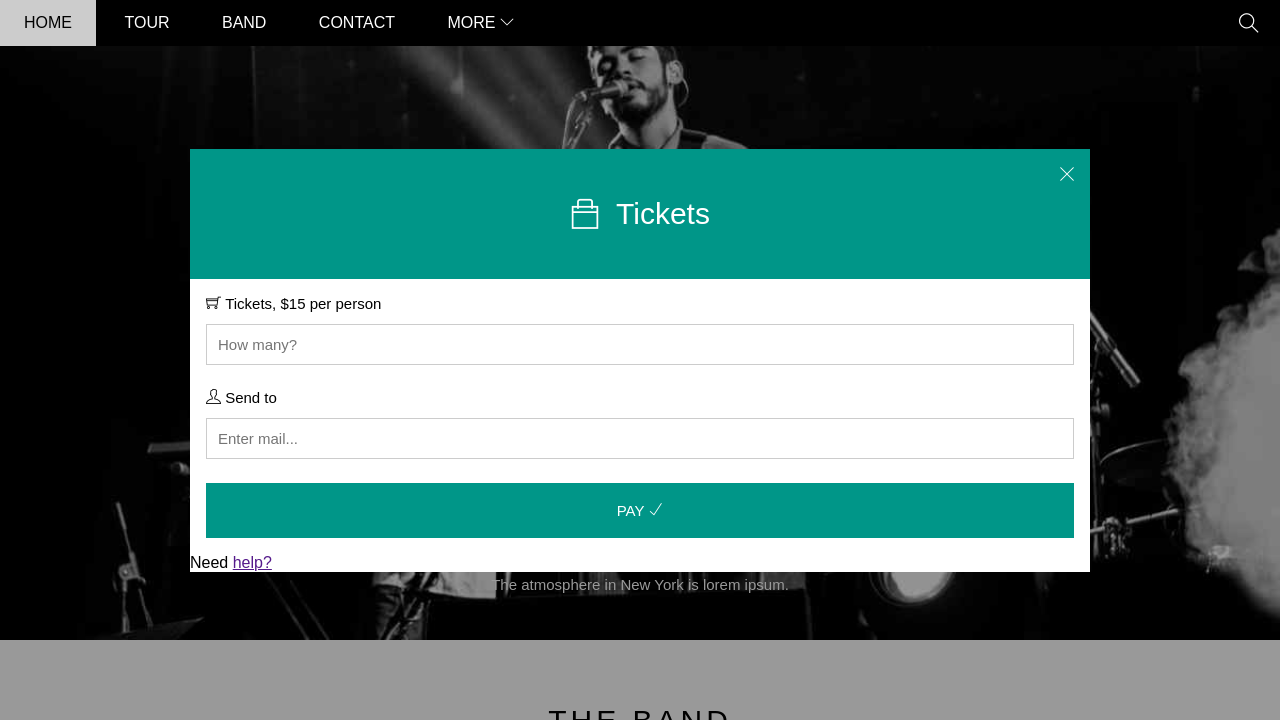
Repository: maivannhan1998/git-w3band
Page: index.html
An editor plug-in stored every save of this project. The page is shown before and after the next save, followed by the edit.
The browser window is 1280 px wide. The pictures show the window.
A layer covers the whole window, so only the first screen is drawn.

Above is the page before, as saved 2021-09-06 20:39:04.

### index.html
<!DOCTYPE html>
<html lang="en">
<head>
    <meta charset="UTF-8">
    <meta http-equiv="X-UA-Compatible" content="IE=edge">
    <meta name="viewport" content="width=device-width, initial-scale=1.0">
    <title>Document</title>
    <link rel="stylesheet" href="./asset/css/style.css">
    <link rel="stylesheet" href="./asset/fontss/themify-icons/themify-icons.css">
</head>
<body>
    <div id="main">
        <div id="header">
            <!-- Begin: nav -->
            <ul id="nav">
                <li><a href="">Home</a></li>
                <li><a href="">Tour</a></li>
                <li><a href="">Band</a></li>
                <li><a href="">Contact</a></li>
                <li><a href="">
                    More
                    <i class="nav-arrow-down ti-angle-down"></i>
                </a>
                    <ul class="subnav">
                        <li><a href="">Merchandise</a></li>
                        <li><a href="">Extras</a></li>
                        <li><a href="">Media</a></li>
                    </ul>
                </li>
            </ul>
            <!-- End: nav -->

            <!-- Begin: Search button -->
            <div class="search-btn">
                <i class="search-icon ti-search"></i>
            </div>
            <!-- End: Search button -->


        </div>

        <div id="slider">
            <div class="text-content">
                <h2 class="text-heading">New York</h2>
                <div class="text-des">The atmosphere in New York is lorem ipsum.</div>
            </div>
        </div>

        <div id="content">
            <!-- About section -->
            <div class="content-section">
                <h2 class="heading-section">THE BAND</h2>
                <p class="heading-sub-section">We love music</p>
                <p class="about-text">We have created a fictional band website. Lorem ipsum dolor sit amet, consectetur adipiscing elit, sed do eiusmod tempor incididunt ut labore et dolore magna aliqua. Ut enim ad minim veniam, quis nostrud exercitation ullamco laboris nisi ut aliquip ex ea commodo consequat. Duis aute irure dolor in reprehenderit in voluptate velit esse cillum dolore eu fugiat nulla pariatur. Excepteur sint occaecat cupidatat non proident, sunt in culpa qui officia deserunt mollit anim id est laborum consectetur adipiscing elit, sed do eiusmod tempor incididunt ut labore et dolore magna aliqua. Ut enim ad minim veniam, quis nostrud exercitation ullamco laboris nisi ut aliquip ex ea commodo consequat.</p>
                <div class="row members-list">
                    <div class="col col-third text-center">
                         <p class="member-name">Name</p>
                         <img src="/asset/img/band/member1.jpg" alt="Name" class="member-img">
                    </div>
                    <div class="col col-third text-center">
                        <p class="member-name">Name</p>
                        <img src="/asset/img/band/member1.jpg" alt="Name" class="member-img">
                   </div>
                   <div class="col col-third text-center">
                        <p class="member-name">Name</p>
                        <img src="/asset/img/band/member1.jpg" alt="Name" class="member-img">
                    </div>


                </div>
            </div>

            <!--Tour section  -->
            <div class="tour-section">

                <div class="content-section">
                    <h2 class="heading-section text-white">TOUR DATES</h2>
                    <p class="heading-sub-section text-white">Remember to book your tickets!</p>
                    <ul class="tickets-list">
                        <li>September<span class="sold-out">Sold out</span></li>
                        <li>October<span class="sold-out">Sold out</span></li>
                        <li>November<span class="quanity">3</span></li>
                    </ul>

                    <!-- Place section -->
                    <div class="row places-list">
                        <div class="col col-third ">
                            <img src="/asset/img/places/newyork.jpg" alt="New York" class="place-img">
                            <div class="place-content">
                                <h3 class="place-heading">New York</h3>
                                <p class="place-time">Fri 27 Nov 2016</p>
                                <p class="place-des">Praesent tincidunt sed tellus ut rutrum sed vitae justo.</p>
                                <a href="#" class="place-buy-btn">Buy Tickets</a>
                            </div>
                        </div>

                        <div class=" col col-third ">
                            <img src="/asset/img/places/paris.jpg" alt="Paris" class="place-img">
                            <div class="place-content">
                                <h3 class="place-heading">Paris</h3>
                                <p class="place-time">Sat 28 Nov 2016</p>
                                <p class="place-des">Praesent tincidunt sed tellus ut rutrum sed vitae justo.</p>
                                <a href="#" class="place-buy-btn">Buy Tickets</a>
                            </div>
                        </div>

                        <div class=" col col-third ">
                            <img src="/asset/img/places/sanfran.jpg" alt="San Francisco" class="place-img">
                            <div class="place-content">
                                <h3 class="place-heading">San Francisco</h3>
                                <p class="place-time">Sun 29 Nov 2016</p>
                                <p class="place-des">Praesent tincidunt sed tellus ut rutrum sed vitae justo.</p>
                                <a href="#" class="place-buy-btn">Buy Tickets</a>
                            </div>
                        </div>


                    </div>
                </div>


            </div>

            <!-- Contact section -->

            <div class="content-section">
                <h2 class="heading-section">CONTACT</h2>
                <p class="heading-sub-section">Fan? Drop a note!</p>


                <div class="row contact-content">
                    <div class="col col-half contact-info">
                           <p><i class="ti-location-pin"></i>Chicago, US</p>
                           <p><i class="ti-mobile"></i>Phone: +00 151515</p>
                           <p><i class="ti-email"></i>Email: mail@mail.com</p>
                    </div>
                    <div class="col col-half contact-form">
                        <form action="">
                            <div class="row">
                                   <div class="col col-half">
                                       <input type="text" name="" placeholder="Name" required  id="contact-name" class="form-control">
                                   </div>
                                   <div class="col col-half">
                                       <input type="email" name="" placeholder="Email" required id="contact-email" class="form-control">
                                   </div>
                                   <!-- <div class="clear"></div> -->
                            </div>
                            <div class="row mt-8">
                               <div class="col col-full">
                                   <input type="text" name="" placeholder="Message" id="contact-message" required class="form-control">
                               </div>
                            </div>
                            <input class="form-submit-btn mt-16" type="submit" value="SEND">

                        </form>
                    </div>
                </div>
            </div>

            <!-- End contact section -->

            <div class="map-section">
                <img src="./asset/img/map.jpg" alt="Map">
            </div>



        </div>

        <div id="footer">
            <div class="social-list">
                <a href=""><i class="ti-facebook"></i></a>
                <a href=""><i class="ti-instagram"></i></a>
                <a href=""><i class="ti-github"></i></a>
                <a href=""><i class="ti-pinterest"></i></a>
                <a href=""><i class="ti-twitter"></i></a>
                <a href=""><i class="ti-linkedin"></i></a>
            </div>
            <p class="copyright">Powered by <a href="">w3.css</a></p>
        </div>
    </div>

    <div class="modal">
        <div class="modal-container">
            <div class="modal-close">
                <i class="ti-close"></i>
            </div>
            <header class="modal-header">
                <i class="modal-tibag-icon ti-bag"></i>
                Tickets
            </header>

            <div class="modal-body">
                <label for="ticket-quanity" class="modal-label">
                    <i class="ti-shopping-cart"></i>
                    Tickets, $15 per person
                </label>
                <input id="ticket-quanity" type="text" class="modal-input" placeholder="How many?">

                <label for="ticket-email" class="modal-label">
                    <i class="ti-user"></i>
                    Send to
                </label>
                <input id="ticket-email" type="email" class="modal-input" placeholder="Enter mail...">

                <button id="buy-tickets">
                    Pay <i class="ti-check"></i>
                </button>


            </div>

            <footer class="modal-footer">
                <p class="modal-help">Need <a href="">help?</a></p>
            </footer>
        </div>
    </div>

</body>
</html>

### asset/css/style.css
/* Reset CSS*/
*{
    padding: 0;
    margin: 0;
    box-sizing: border-box;
}

/* common */

.row {
    margin-left: -8px;
    margin-right: -8px;
}

.row::after {
    content: "";
    display: block;
    clear: both;
}

.col {
    float: left;
    padding-left: 8px;
    padding-right: 8px;
}

.col-third {
    width: 33.33333%;
}

.col-half {
    width: 50%;
}

.col-full {
    width: 100%;
}

.text-center {
    text-align: center !important;
}

.clear {
    clear: both;
}

.text-white {
    color: #fff !important;
}

.mt-8 {
    margin-top: 8px;
}

.mt-16 {
    margin-top: 16px;
}

html{
    font-family: Arial, Helvetica, sans-serif;

}

#main{

}

#header{
    position: fixed;
    top: 0;
    left: 0;
    right: 0;
    height: 46px;
    background-color: #000;
    z-index: 1;
}

#nav {
    display: inline-block ;
}

#nav, .subnav {
    list-style-type: none;
}

#nav > li {
    display: inline-block;
}

#nav li{
    position: relative;

}

#nav > li > a {
    color: #fff;
    text-transform: uppercase;
}

#nav li a {
    padding: 0 24px;
    line-height: 46px;
    display: block;
    text-decoration: none;
}
#nav .subnav li:hover a,
#nav > li:hover > a {
    color: #000;
    background-color: #ccc;
}

#nav .subnav {
    display: none;
    position: absolute;
    top: 100%;
    left: 0;
    min-width: 160px;
    background-color: #fff;
    box-shadow: 0 0 10px rgba(0, 0, 0, 0.3);
}

#nav .subnav a {
    color: #000;
    background-color: #fff;
    padding: 0 12px;
    line-height: 38px;

}

#nav li:hover .subnav {
    display: block;
}

.nav-arrow-down {
    font-size: 14px;
}

#header .search-btn {
    float: right;
    padding: 0px 21px;

}

#header .search-btn:hover {
    cursor: pointer;
    background-color: #f44336;
}

#header .search-icon {
    color: #fff;
    font-size: 20px;
    line-height: 46px;
}

#slider{
   /* margin-top: 46px; */
   /* chỉ số % chiều ngang của chính nó (chiều cao lun bằng 1/2 chiều ngang) */
   position: relative;
   padding-top: 50%;
   background: url('/asset/img/slider/slider1.jpg') top center / cover no-repeat;
}

#slider .text-content {
    position: absolute;
    bottom: 47px;
    color: #fff;
    width: 100%;
    /* left: 50%;
   transform: translateX(-50%); */
   text-align: center;

}

#sider .text-heading {
    font-weight: 500;
    font-size: 24px;
}

#slider .text-des {
    font-size: 15px;
    margin-top: 25px;
}

#content{

}

#content .content-section {
    width: 800px;
   padding: 64px 0 112px;
   margin-left: auto;
   margin-right: auto;

}

#content .heading-section {
    text-align: center;
    font-size: 30px;
    font-weight: 500;
    letter-spacing: 4px;
}

#content .heading-sub-section {
    text-align: center;
    font-size: 15px;
    margin-top: 25px;
    font-style: italic;
    opacity: 0.6;
}

#content .about-text {
    margin-top: 25px;
    text-align: justify;
    font-size: 15px;
    line-height: 1.5;
}

#content .members-list {
    margin-top: 48px;
}



#content .member-name {
    font-size: 15px;
}

#content .member-img {
    width: 154px;
    margin-top: 15px ;
    border-radius: 4px;

}

/* tour section */

.tour-section {
    background-color: #000;
}

.tickets-list {
    margin-top: 40px;
    list-style-type: none;
    background-color: #fff;

}

.tickets-list li {
    color: #757575;
    font-size: 15px;
    padding: 11px 16px;
    border-bottom: 1px solid #ccc;
}

.tickets-list .sold-out {
    color: #fff;
    background-color: #f44336;
    padding: 4px 4px;
    margin-left: 16px;
}

.tickets-list .quanity {
    float: right;
    color: #fff;
    background-color: #000;
    width: 24px;
    height: 24px;
    border-radius: 50%;
    text-align: center;
    margin-top: -3px;
    line-height: 24px;
}

.places-list {
    margin-top: 32px;

}

.place-img{
    width: 100%;
    display: block;
}

.place-img:hover {
    opacity: 0.6;
}

.place-content{
background-color: #fff;
padding: 16px;
font-size: 15px;
}

.place-heading{
    font-size: 15px;
}

.place-time{
    margin-top: 15px;
    color: #757575;
}

.place-des{
    margin: 15px 0;
    line-height: 1.4;
}

.place-buy-btn{
    color: #fff;
    background-color: #000;
    text-decoration: none;
    padding: 11px 16px;
    display: inline-block;
}

.place-buy-btn:hover {
    color: #000;
    background-color: #ccc;
}

/* contact form */

.contact-content {
    margin-top: 48px;
}

.contact-info {
    font-size: 18px;
}

.contact-info i[class*="ti-"]{
    width: 30px;
    display: inline-block;
    line-height: 1.5;
}

.contact-form {
    font-size: 15px;
}

.contact-form .form-control {
    padding: 10px;
    border: 1px solid #ccc;
    width: 100%;
}

.form-submit-btn {
    padding: 10px 16px;
    float: right;
    color: #fff;
    background: #000;
    border: none;
}

.form-submit-btn:hover {
    color: #000;
    background-color: #ccc;
}

.map-section img {
    width: 100%;
}

/* Footer section */

#footer{
    padding: 64px 16px;
    text-align: center;
}

#footer .social-list {
    font-size: 24px;
}

#footer .social-list a {
    color: rgba(0, 0, 0, 0.6);
    text-decoration: none;
}
#footer .copyright a:hover,
#footer .social-list a:hover {
    color: rgba(0, 0, 0, 0.4);
}
#footer .copyright a {
    margin-top: 15px;
    color: rgba(0, 0, 0, 0.6);
}

.modal {
    position: fixed;
    top: 0;
    left: 0;
    right: 0;
    bottom: 0;
    background-color: rgba(0, 0, 0, 0.4);
    display: flex;
    align-items: center;
    justify-content: center;
}

.modal-container {
    background: #fff;
    width: 900px;
    min-height: 200px;
    position: relative;
}

header.modal-header {
    display: flex;
    align-items: center;
    justify-content: center;
    font-size: 30px;
    color: #fff;
    background-color: #009688;
    min-height: 130px;
}

.modal-tibag-icon {
    margin-right: 16px;
}

.modal-close {
    position: absolute;
    right: 0;
    top: 0;
    padding: 17px 15px;
    color: #fff;
    cursor: pointer;

}

.modal-close:hover {
    color: #000;
    background-color: #ccc;
}

.modal-body {
    padding: 16px;
}

.modal-label {
    display: block;
    font-size: 15px;
    margin-bottom: 12px;
}

.modal-input {
    border: 1px solid #ccc;
    padding: 11px;
    width: 100%;
    font-size: 15px;
    margin-bottom: 24px;
}

#buy-tickets {
    width: 100%;
    color: #fff;
    background-color: #009688;
    border: none;
    padding: 19px;
    text-transform: uppercase;
    font-size: 15px;
    cursor: pointer;
}

#buy-tickets:hover {
    color: #000;
    background-color: #ccc;
}

Loaded but not shown: asset/fontss/themify-icons/themify-icons.css (common file)

After the next save:
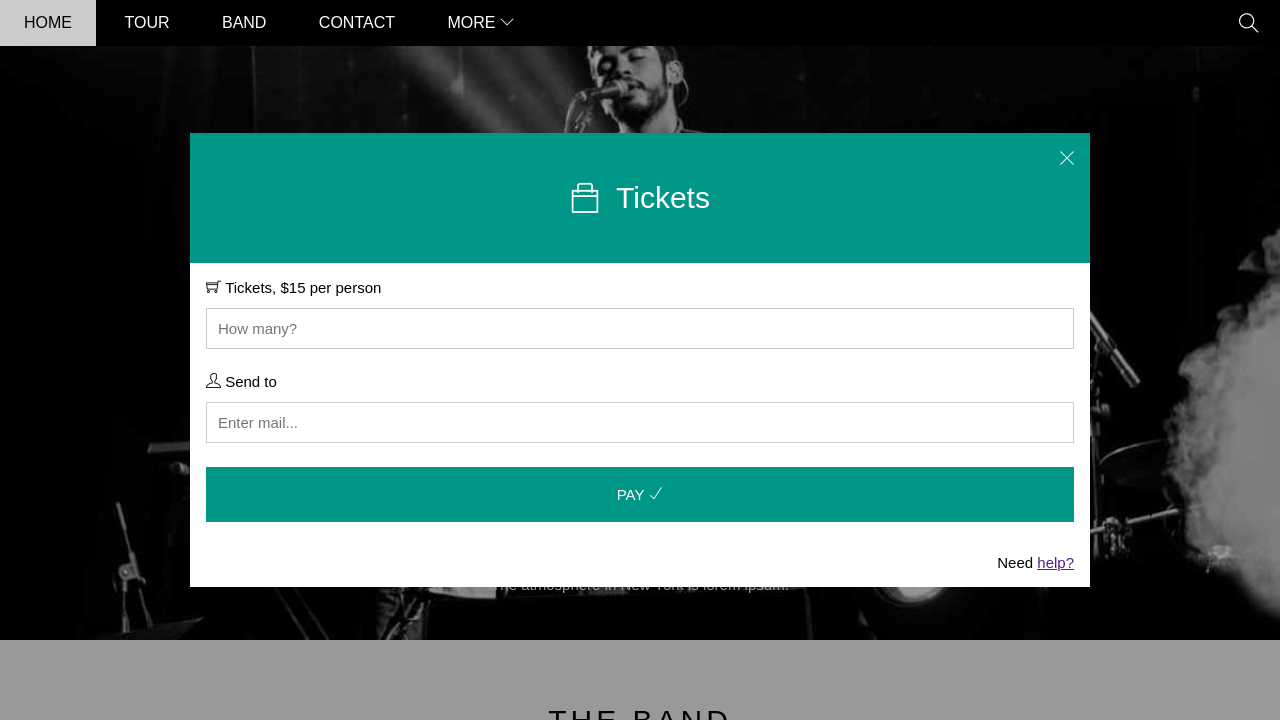
Saved 4 min 5 s later.
--- a/asset/css/style.css
+++ b/asset/css/style.css
@@ -466,3 +466,9 @@
     color: #000;
     background-color: #ccc;
 }
+
+.modal-footer {
+    padding: 16px;
+    float: right;
+    font-size: 15px;
+}
